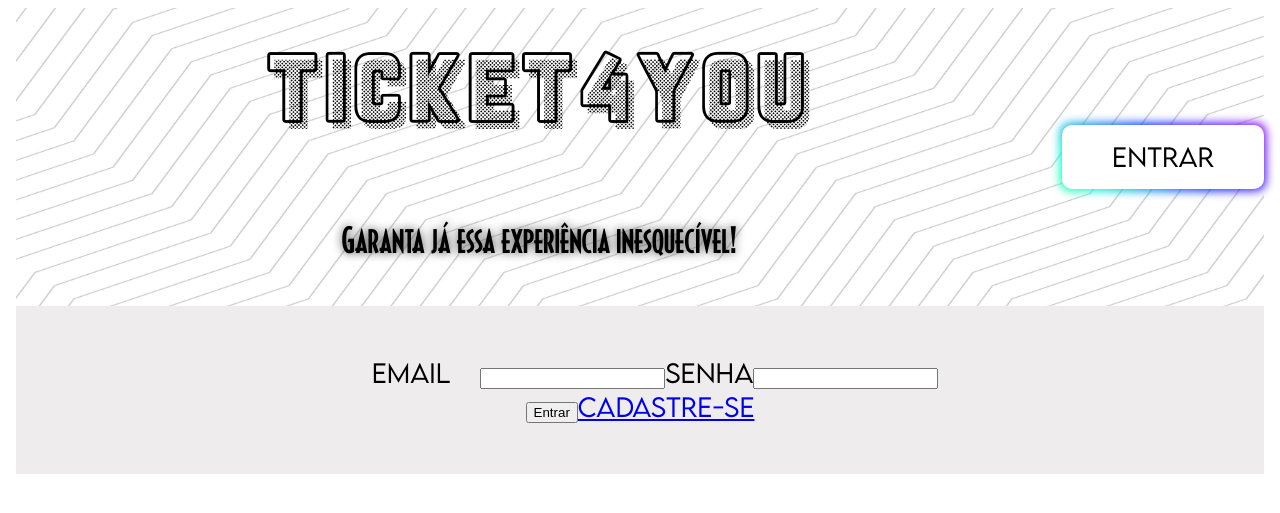
Repository: hellengurgaczz/projeto-DSA
Page: /login
The author's editor kept a copy of each file at every save. The page is drawn from the files as they stood at one save, then again after the next save.
The browser window is 1280 px wide. The pictures show the whole page.
The project was rebuilt for these pictures with package versions that can differ from the ones it lists, and the page was loaded fresh each time. Some packages were replaced by stand-ins written for this rebuild. Also part of the build but not shown: angular.json, src/app/ingressos/templates/cadastrar/cadastrar.component.ts, src/app/models/ingresso.model.ts, src/app/services/ingresso.service.ts, src/app/compra/comprar-ingresso/comprar-ingresso.component.ts, src/app/models/compra.model.ts, src/app/services/compra.service.ts, src/app/ingressos/templates/deletar/deletar.component.ts and 3 more.

Above is the page before, as saved 2022-05-10 12:30:22.

### src/index.html
<!doctype html>
<html lang="en">
<head>
  <meta charset="utf-8">
  <title>ProjetoDSA</title>
  <base href="/">
  <meta name="viewport" content="width=device-width, initial-scale=1">
  <link rel="icon" type="image/x-icon" href="favicon.ico">
</head>
<body>
  <app-root></app-root>
</body>
</html>

### src/app/app.module.ts
import { NgModule } from '@angular/core';
import { BrowserModule } from '@angular/platform-browser';
import { HttpClientModule } from '@angular/common/http';

import { AppRoutingModule } from './app-routing.module';
import { BrowserAnimationsModule } from '@angular/platform-browser/animations';
import { AppComponent } from './app.component';
import { HeaderComponent } from './ingressos/templates/header/header.component';
import { CadastrarComponent } from './ingressos/templates/cadastrar/cadastrar.component';
import { ListarComponent } from './ingressos/templates/listar/listar.component';
import { DeletarComponent } from './ingressos/templates/deletar/deletar.component';
import { EditarComponent } from './ingressos/templates/editar/editar.component';

// imports angular material

import { FormsModule } from '@angular/forms';
import { ComprarIngressoComponent } from './compra/comprar-ingresso/comprar-ingresso.component';
import { LoginComponent } from './login/login.component';
import { LoginCadastroComponent } from './login/login-cadastro/login-cadastro.component';


@NgModule({
  imports: [
    BrowserModule,
    AppRoutingModule,
    HttpClientModule,
    BrowserAnimationsModule,
    FormsModule
  ],
  declarations: [
    AppComponent,
    HeaderComponent,
    CadastrarComponent,
    ListarComponent,
    DeletarComponent,
    EditarComponent,
    ComprarIngressoComponent,
    LoginComponent,
    LoginCadastroComponent
  ],
  providers: [],
  bootstrap: [AppComponent]
})
export class AppModule { }

### src/app/app-routing.module.ts
import { NgModule } from '@angular/core';
import { RouterModule, Routes } from '@angular/router';
import { CadastrarComponent } from './ingressos/templates/cadastrar/cadastrar.component';
import { ComprarIngressoComponent } from './compra/comprar-ingresso/comprar-ingresso.component';
import { DeletarComponent } from './ingressos/templates/deletar/deletar.component';
import { EditarComponent } from './ingressos/templates/editar/editar.component';
import { ListarComponent } from './ingressos/templates/listar/listar.component';
import { LoginComponent } from './login/login.component';
import { LoginCadastroComponent } from './login/login-cadastro/login-cadastro.component';

const routes: Routes = [
  {path: "", component: ListarComponent},
  {path: "cadastrar", component: CadastrarComponent},
  {path: "listar", component: ListarComponent},
  {path: "editar/:id", component: EditarComponent},
  {path: "deletar/:id", component: DeletarComponent},
  {path: "comprar/:id", component: ComprarIngressoComponent},
  {path: "login", component: LoginComponent},
  {path: "login/cadastro", component: LoginCadastroComponent}
];

@NgModule({
  imports: [RouterModule.forRoot(routes)],
  exports: [RouterModule]
})

export class AppRoutingModule { }

### src/app/app.component.ts
import { Component } from '@angular/core';

@Component({
  selector: 'app-root',
  templateUrl: './app.component.html',
  styleUrls: ['./app.component.css']
})
export class AppComponent {
  title = 'projeto-DSA';
}

### src/app/login/login.component.ts
import { Component, OnInit } from '@angular/core';
import { ActivatedRoute, Router } from '@angular/router';
import { Login } from '../models/login.model';
import { LoginService } from '../services/login.service';

@Component({
  selector: 'app-login',
  templateUrl: './login.component.html',
  styleUrls: ['./login.component.css']
})
export class LoginComponent implements OnInit {

  login: Login = new Login();

  constructor(private service: LoginService, private router: Router, private route: ActivatedRoute) { }

  ngOnInit(): void {

  }

  verificarLogin() {
    this.service.buscarLogin(this.login).subscribe(() => {
      this.router.navigate(['/listar']);
    });
  }

}

### src/app/app.component.html
<body>
  <app-header></app-header>

  <main>

    <router-outlet></router-outlet>

  </main>
</body>

### src/app/app.component.css
body {
    background-color: rgba(146, 132, 132, 0.151);
}

### src/app/ingressos/templates/header/header.component.html

<div class="header">
    <div class="titulo">
        <h1 style="font-weight: lighter;">
            TICKET4YOU
        </h1>
        <h4 class="desc">
            Garanta já essa experiência inesquecível!
        </h4>
    </div>
    <div class="login">
        <a routerLink="./login">Entrar</a>
    </div>
</div>

### src/app/ingressos/templates/header/header.component.css
div.header {
    display: flex;
    flex-direction: row;
    background-image: url(../fonts/SL_042620_30310_10.jpg);
    background-size: cover;
}

.titulo {
    display: flex;
    width: 95%;
    align-items: center;
    justify-content: center;
    flex-direction: column;
    font-size: 25px;
    font-family:AMP;
}

.desc{
  font-family: DecoturaICG;
  text-shadow: 0 0 10px #424242;
  font-size: 35px;
  font-weight: lighter
}

.login {
    display: flex;
    justify-content: end;
    align-items: center;
}

a{
  padding: 0.6em 2em;
  border: none;
  text-decoration: none;
  font-family: LEMONMILK-Light;
  font-size: 25px;
  outline: none;
  color: rgb(0, 0, 0);
  background: rgb(255, 255, 255);
  cursor: pointer;
  position: relative;
  z-index: 0;
  border-radius: 10px;
  user-select: none;
  -webkit-user-select: none;
  touch-action: manipulation;
}

a::before{
  content: "";
  background: linear-gradient(
    45deg,
    #ff0000,
    #ff7300,
    #fffb00,
    #48ff00,
    #00ffd5,
    #002bff,
    #7a00ff,
    #ff00c8,
    #ff0000
  );
  position: absolute;
  top: -2px;
  left: -2px;
  background-size: 400%;
  z-index: -1;
  filter: blur(5px);
  -webkit-filter: blur(5px);
  width: calc(100% + 4px);
  height: calc(100% + 4px);
  animation: glowing-button-85 20s linear infinite;
  transition: opacity 0.3s ease-in-out;
  border-radius: 10px;
}

a::after{
  z-index: -1;
  content: "";
  position: absolute;
  width: 100%;
  height: 100%;
  background: rgb(255, 255, 255);
  left: 0;
  top: 0;
  border-radius: 10px;
}

@font-face{
  font-family: AMP;
  src:url(../fonts/AMP.ttf)
}

@font-face{
  font-family: LEMONMILK-Light;
  src: url(../fonts/LEMONMILK-Light.otf);
}

@font-face{
  font-family: DecoturaICG;
  src: url(../fonts/DecoturaICG.ttf);
}

@keyframes glowing-button-85 {
  0% {
    background-position: 0 0;
  }
  50% {
    background-position: 400% 0;
  }
  100% {
    background-position: 0 0;
  }
}

### src/app/login/login.component.html
<div class="all">
    <label class="email" for="email">Email</label>
    <input type="text"  name="email" class="emailinput" [(ngModel)]="login.email">

    <label class="senha" for="senha">Senha</label>
    <input type="password"  name="email" class="senhainuput" [(ngModel)]="login.senha">

    <div>
        <button (click)="verificarLogin()">Entrar</button>
        <a routerLink="login/cadastro">Cadastre-se</a>
    </div>
</div>

### src/app/login/login.component.css
.all{
  font-family: LEMONMILKLight;
  font-size: 25px;
  text-align: center;
  padding: 50px;
}

.email{
  margin: 30px;
}

@font-face{
  font-family: LEMONMILKLight;
  src: url(fonts/LEMONMILK-Light.otf);
}

### src/app/models/login.model.ts
export class Login {
    id: number = 0;
    email?: string;
    senha?: string;
}

### src/app/services/login.service.ts
import { HttpClient } from '@angular/common/http';
import { Injectable } from '@angular/core';
import { Observable } from 'rxjs';
import { Login } from '../models/login.model';

@Injectable({
  providedIn: 'root'
})
export class LoginService {

  constructor(private http: HttpClient) { }

  URL = "http://localhost:3001/logins";


    buscarLogin(login : Login) : Observable<Login>{
      return this.http.get<Login>(this.URL + "/" + login.id);
    }

    cadastrarIngresso(login : Login) : Observable<any> {
      return this.http.post(this.URL, login);
    }
}

Loaded but not shown: src/styles.css (common file); src/main.ts (common file); src/environments/environment.ts (common file); src/app/ingressos/templates/header/header.component.ts (common file)

After the next save:
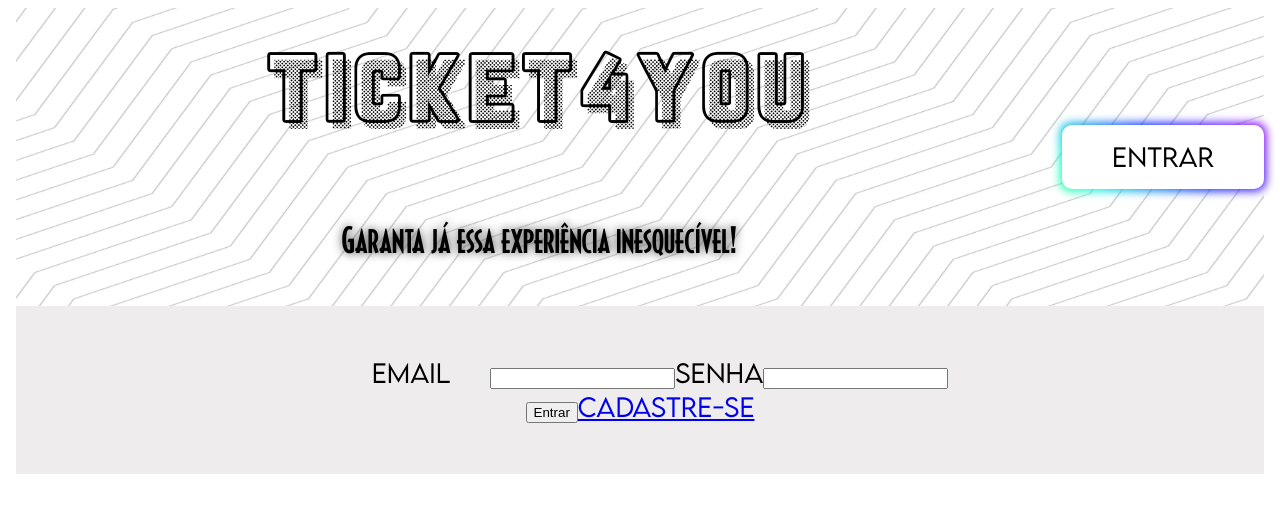
Saved 8 s later.
--- a/src/app/login/login.component.css
+++ b/src/app/login/login.component.css
@@ -6,7 +6,7 @@
 }
 
 .email{
-  margin: 30px;
+  margin: 40px;
 }
 
 @font-face{
